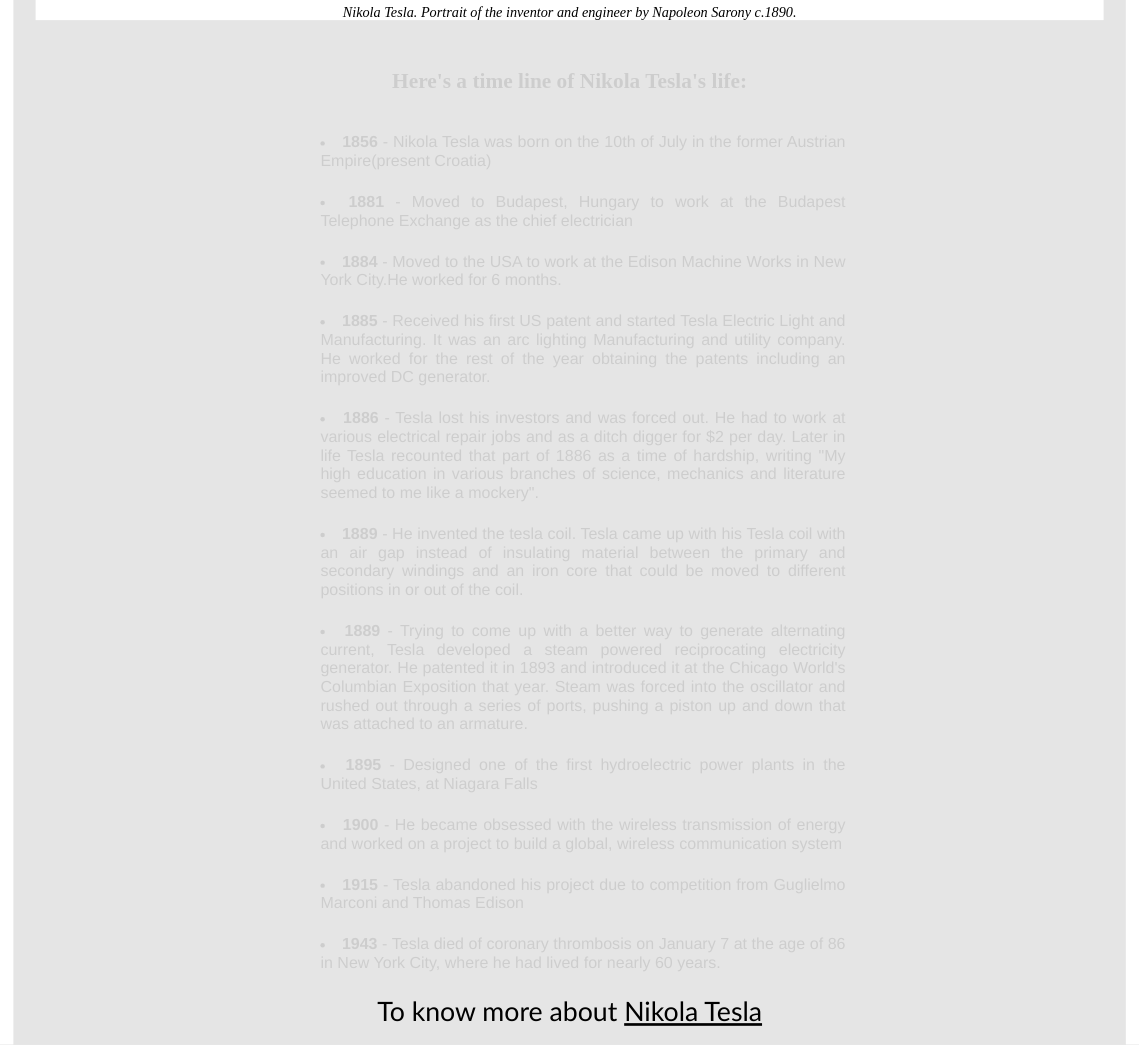
Repository: Avishka217/Tribute-Page
Page: index.html
An editor plug-in stored every save of this project. The page is shown before and after a run of saves, followed by the edit.
The browser window is 1280 px wide. The pictures show the part of the page from y = 576 to 1750 px (the page is 1750 px tall), at 89% of full size.
A picture or video elsewhere on the page could not be fetched, so the positions and the page height are approximate.

Above is the page before, as saved 2020-03-18 20:08:10.

### index.html
<!DOCTYPE html>
<html>

<head>
    <link rel="stylesheet" href="styles.css">
    <link href="https://fonts.googleapis.com/css?family=Libre+Baskerville&display=swap" rel="stylesheet">
    <title>Nikola Tesla | Tribute Page</title>
</head>

<body>
    <div id="header">
        <script src="https://cdn.freecodecamp.org/testable-projects-fcc/v1/bundle.js"></script>
    </div>
    <main id="main">
        <div id="title-content">
            <h1 id="title">NIKOLA TESLA</h1>
            <p>The Man who invented the Twentieth Century</p>
        </div>
        <div id="main-content">
            <figure id="img-div">
                <center><img id="image" src="https://www.hands-free.co.uk/wp-content/uploads/2018/06/nikola-tesla.jpg">
                </center>
                <figcaption id="img-caption">Nikola Tesla. Portrait of the inventor and engineer by Napoleon Sarony
                    c.1890.</figcaption>
            </figure>

        </div>
        <div id="tribute-info">
            <h2>Here's a time line of Nikola Tesla's life:</h2>

            <ul id="lists">
                <li><b>1856</b> - Nikola Tesla was born on the 10th of July in the former Austrian Empire(present
                    Croatia)</li>
                <li><b>1881</b> - Moved to Budapest, Hungary to work at the Budapest Telephone Exchange as the chief
                    electrician</li>
                <li><b>1884</b> - Moved to the USA to work at the Edison Machine Works in New York City.He worked for 6
                    months.
                </li>
                <li><b>1885</b> - Received his first US patent and started Tesla Electric Light and Manufacturing. It
                    was an arc lighting Manufacturing
                    and utility company. He worked for the rest of the year obtaining the patents including an improved
                    DC generator.</li>
                <li><b>1886</b> - Tesla lost his investors and was forced out. He had to work at various electrical
                    repair jobs and as a ditch digger for $2 per day. Later in life Tesla recounted that part of 1886 as
                    a time of hardship, writing "My high education in various branches of science, mechanics and
                    literature seemed to me like a mockery".</li>
                <li><b>1889</b> - He invented the tesla coil. Tesla came up with his Tesla coil with an air gap instead
                    of insulating material between the primary and secondary windings and an iron core that could be
                    moved to different positions in or out of the coil.</li>
                <li><b>1889</b> - Trying to come up with a better way to generate alternating current, Tesla developed a
                    steam
                    powered reciprocating electricity generator. He patented it in 1893 and introduced it at the Chicago
                    World's
                    Columbian Exposition that year. Steam was forced into the oscillator and rushed out through a series
                    of ports,
                    pushing a piston up and down that was attached to an armature.</li>
                <li><b>1895</b> - Designed one of the first hydroelectric power plants in the United States, at Niagara
                    Falls</li>
                <li><b>1900</b> - He became obsessed with the wireless transmission of energy and worked on a project to
                    build a global, wireless communication system</li>
                <li><b>1915</b> - Tesla abandoned his project due to competition from Guglielmo Marconi and Thomas
                    Edison</li>
                <li><b>1943</b> - Tesla died of coronary thrombosis on January 7 at the age of 86 in New York City,
                    where he had lived for nearly 60 years. </li>
            </ul>
            <a id="tribute-link" target="_blank" href="https://en.wikipedia.org/wiki/Nikola_Tesla">To know more about
                <u>Nikola Tesla</u></a>
        </div>
    </main>

</body>

</html>

### styles.css
body{
  overflow-x: hidden;
  margin: 0 auto;
  width: 100%;
}
#header{
width: 100%;
  background-color:hsl(240, 80%, 8%);
  height: 60px;


}

#main{
  display: block;

  position: absolute;
  right: 0;
  left: 0;
  margin: 0px 15px;
  padding-top: 10px;
  background-color: rgb(0, 0, 0, 0.1);
  text-align: center;
  padding-bottom: 20px;
  margin-bottom: 40px;

}

#title-content{
  padding-top:  25px;
  text-align: center;
}
#title-content p{
  font-family: Helvetica, sans-serif
}
#main-content{
  padding-top: 30px;
  margin: 25px;
  background-color:white;
}

#title{
  position: relative;
  font-family:'Libre Baskerville', serif;
  font-size: 30px;
  text-align: center;
  margin-top: 15px;;

}


#image{
  display: block;
  max-width: 100%;
  height: auto;
  margin-bottom: 25px;

}
@media(min-width: 525px){
  #image{
    width:400px;
  }
}

#img-caption{
  text-align: center;
  font-style: italic;
}



#tribute-info{

  color: rgb(0, 0, 0, 0.1);
  display: block;
  width: 100%;
  position: relative;
  text-align: center;
  list-style-position: inside;



}
#tribute-info h2{
  padding-top: 30px;
}
#tribute-info ul{

  font-family: Helvetica;
  font-size: 18px;
  display: block;
  padding-top: 25px;
  padding-right: 10px;;
  width:590px;
  margin: auto;
  text-align: justify;

}
@media(max-width: 800px){
  #tribute-info  ul{
    width:auto;
  }
}
#tribute-info  li{


  margin-bottom: 25px;
}

#tribute-link{
  text-decoration: none;
  color: black;
  font-size: 30px;
  font-family: Calibri;
}

After the next 2 saves:
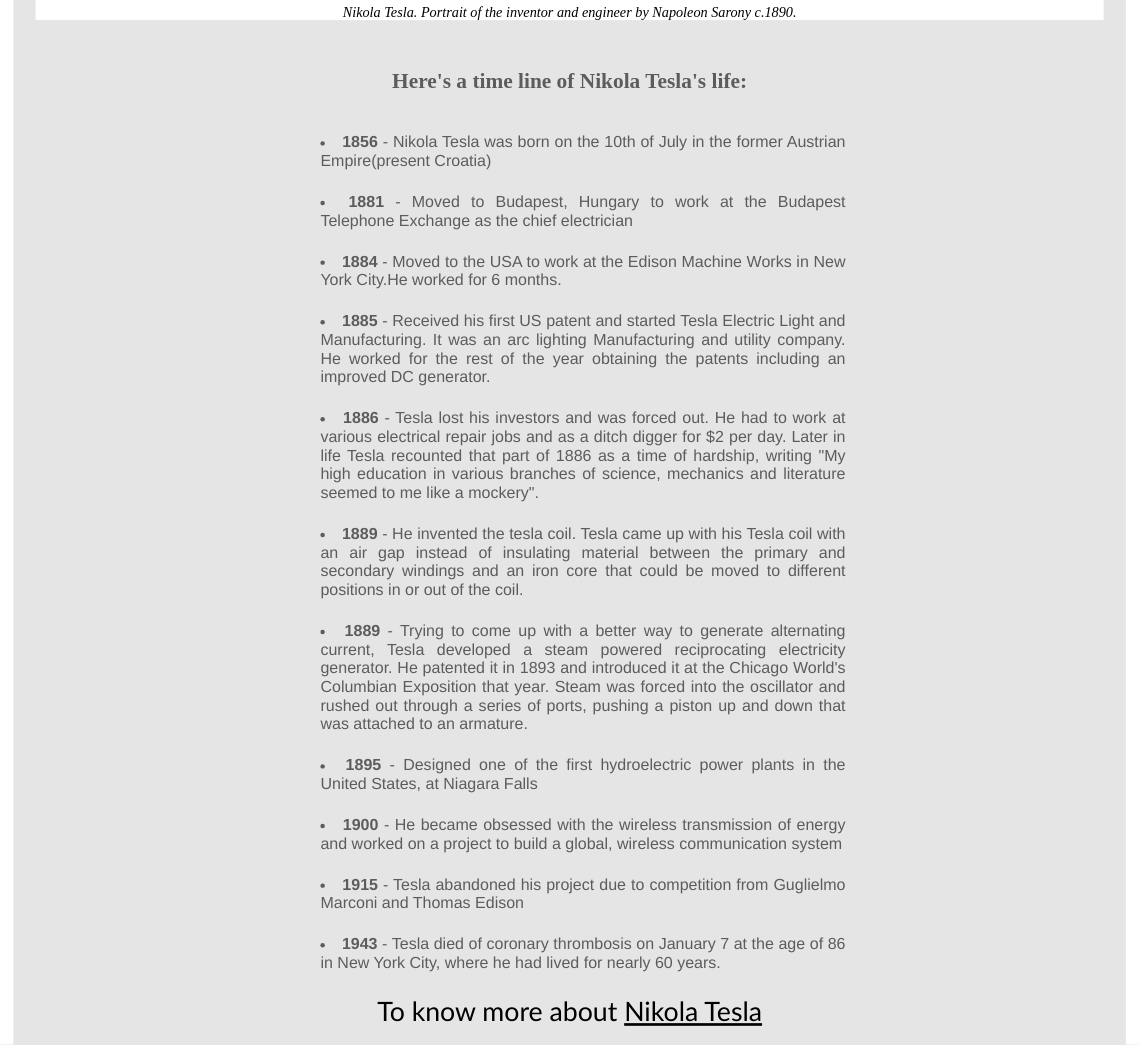
The 2 saves are shown as one change because they came seconds apart.
The last was saved 9 s later.
--- a/styles.css
+++ b/styles.css
@@ -71,7 +71,7 @@
 
 #tribute-info{
 
-  color: rgb(0, 0, 0, 0.1);
+  color: rgb(0, 0, 0, 0.6);
   display: block;
   width: 100%;
   position: relative;
